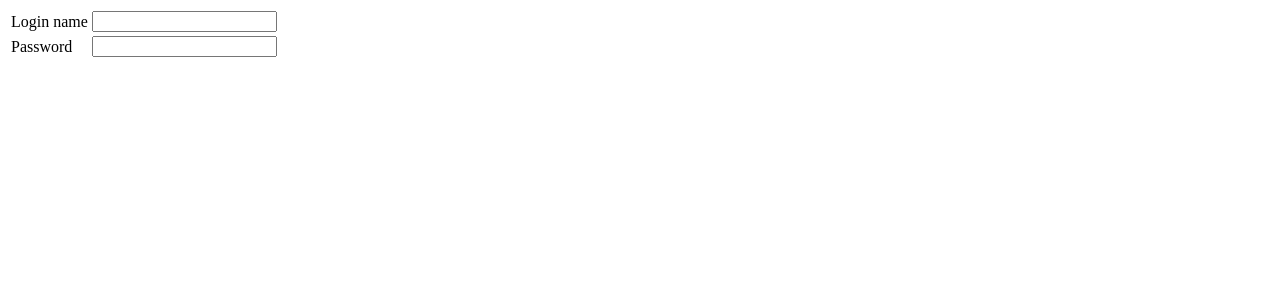
Repository: zuzinmeko/maven_project
Page: http://localhost/02-hello-servlet/
An editor plug-in stored every save of this project. The page is shown before and after the next save, followed by the edit.
The browser window is 1280 px wide. The pictures show the whole page.
The page is served by Tomcat 9.

Above is the page before, as saved 2020-12-15 05:34:32.

After the next save:
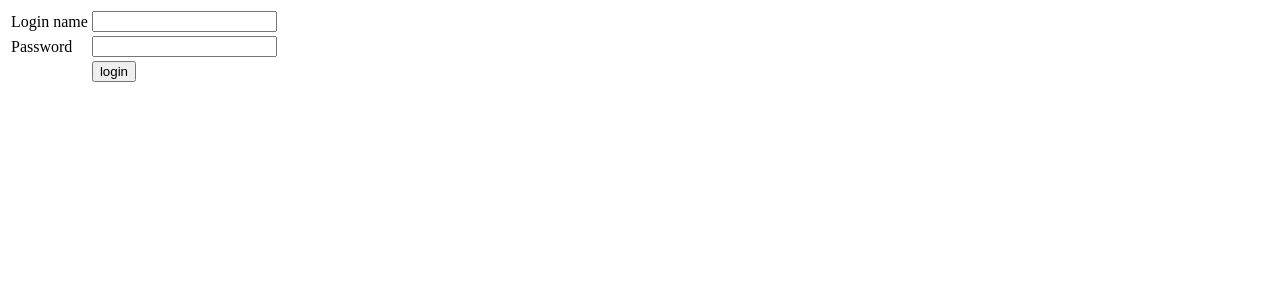
Saved 32 s later.
--- a/02-hello-servlet/src/main/webapp/index.jsp
+++ b/02-hello-servlet/src/main/webapp/index.jsp
@@ -23,7 +23,9 @@
 		</tr>
 		<tr>
 			<td></td>
-			<td></td>
+			<td>
+			<input type="submit" value="login" />
+			</td>
 		</tr>
 	</table>
 	</form>
